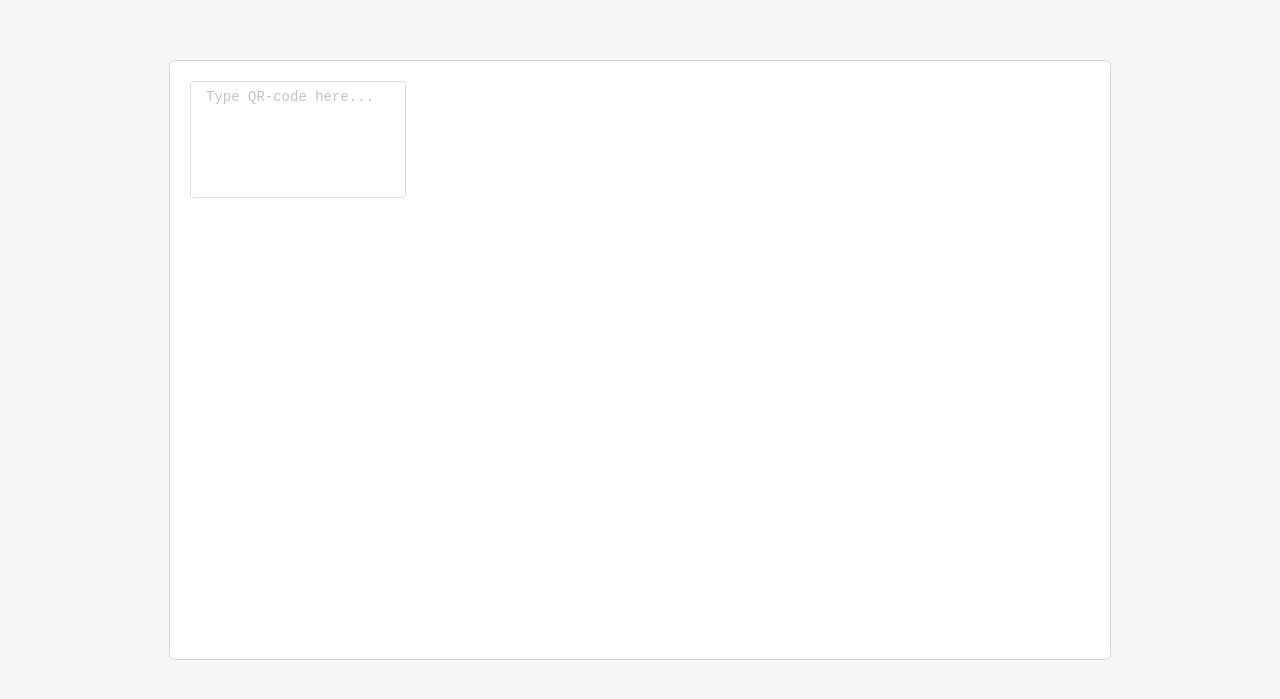
Repository: dvasyliev/qrcode_parser
Page: /
The author's editor kept a copy of each file at every save. The page is drawn from the files as they stood at one save, then again after the next save.
The browser window is 1280 px wide. The pictures show the whole page.
The project was rebuilt for these pictures with package versions that can differ from the ones it lists, and the page was loaded fresh each time.

Above is the page before, as saved 2018-08-26 10:23:12.

### index.html
<!DOCTYPE html>
<html>
  <head>
    <meta charset="utf-8">
    <meta name="viewport" content="width=device-width,initial-scale=1.0">
    <title>test_qrcode_parser</title>
  </head>
  <body>
    <div id="app"></div>
    <!-- built files will be auto injected -->
  </body>
</html>

### src/main.js
// The Vue build version to load with the `import` command
// (runtime-only or standalone) has been set in webpack.base.conf with an alias.
import Vue from 'vue'
import App from './App'

import ElementUI from 'element-ui'
import 'element-ui/lib/theme-chalk/index.css'

Vue.use(ElementUI)
Vue.config.productionTip = false

/* eslint-disable no-new */
new Vue({
  el: '#app',
  components: { App },
  template: '<App/>'
})

### src/App.vue
<template>
  <div id="app">
    <div class="page">
      <div class="page__inner">
        <el-row>
          <el-col :span="24">
            <el-input
              v-model="qrcode"
              type="textarea"
              placeholder="Type QR-code here..."
              resize="none"
              :rows="5"/>
          </el-col>
        </el-row>
      </div>
    </div>
  </div>
</template>

<script>
export default {
  name: 'App',

  data() {
    return {
      qrcode: ''
    }
  }
}
</script>

<style lang="scss">
html,
body {
  margin: 0;
  padding: 0;
}

#app {
  font-family: 'Avenir', Helvetica, Arial, sans-serif;
  -webkit-font-smoothing: antialiased;
  -moz-osx-font-smoothing: grayscale;
  text-align: center;
  color: #2c3e50;
}

.page {
  display: flex;
  flex-direction: column;
  min-height: 100vh;
  box-sizing: border-box;
  padding: 60px 0;
  background-color: #F7F7F7;

  &__inner {
    display: flex;
    flex-grow: 1;
    width: 100%;
    max-width: 900px;
    margin: 0 auto;
    padding: 20px;
    background-color: #FFFFFF;
    border: 1px solid #D2D6D9;
    border-radius: 6px;
  }
}
</style>

After the next save:
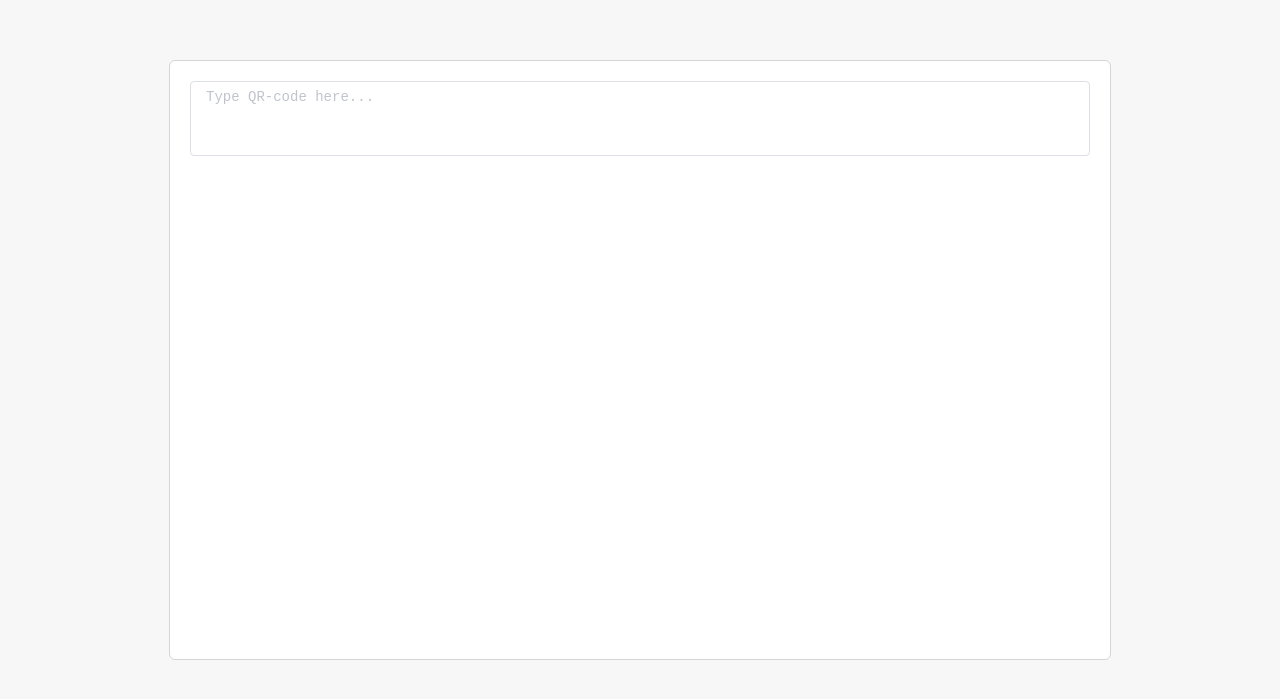
Saved 35 s later.
--- a/src/App.vue
+++ b/src/App.vue
@@ -2,16 +2,15 @@
   <div id="app">
     <div class="page">
       <div class="page__inner">
-        <el-row>
-          <el-col :span="24">
-            <el-input
-              v-model="qrcode"
-              type="textarea"
-              placeholder="Type QR-code here..."
-              resize="none"
-              :rows="5"/>
-          </el-col>
-        </el-row>
+        <el-input
+          v-model="qrcode"
+          type="textarea"
+          placeholder="Type QR-code here..."
+          resize="none"
+          :rows="3"/>
+        <br><br>
+
+        {{ qrcode }}
       </div>
     </div>
   </div>
